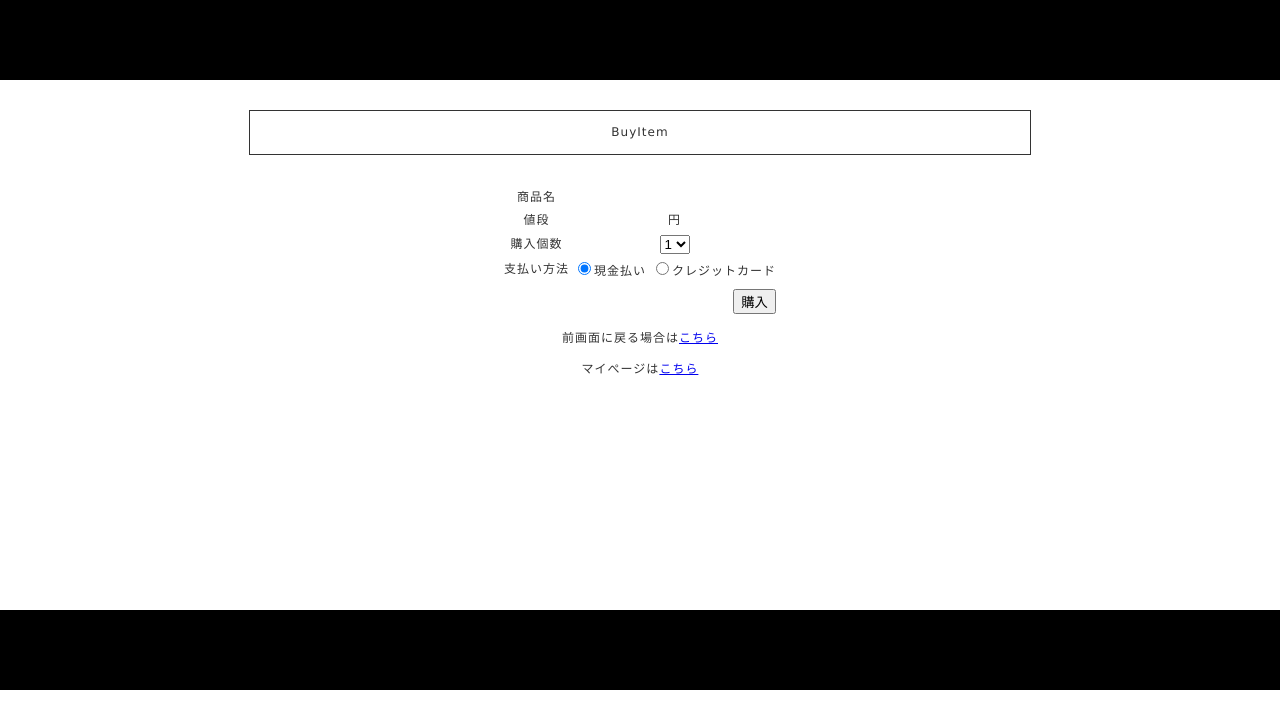
Repository: a4b3c2d1/backup
Page: http://localhost/template/cartin.jsp
The author's editor kept a copy of each file at every save. The page is drawn from the files as they stood at one save, then again after the next save.
The browser window is 1280 px wide. The page is 1280 px wide, then 1282 px, so the pictures cover 1282 px, including what lies to the right of the window. The pictures show the whole page.
The page is served by Tomcat 9. Other server files are loaded and not shown.

Above is the page before, as saved 2017-12-19 05:38:03.

### template/WebContent/cartin.jsp
<%@ page language="java" contentType="text/html; charset=UTF-8"
	pageEncoding="UTF-8"%>
<%@ taglib prefix="s" uri="/struts-tags"%>

<!DOCTYPE html>
<html>
<head>
<meta charset="utf-8">
<meta http-equiv="Content-Type" content="text/html; charset=utf-8" />
<meta http-equiv="Content-Style-Type" content="text/css" />
<meta http-equiv="Content-Script-Type" content="text/javascript" />
<meta http-equiv="imagetoolbar" content="no" />
<meta name="description" content="" />
<meta name="keywords" content="" />
<meta charset="utf-8">
<title>BuyItem画面</title>
<style type="text/css">
/* ========TAG LAYOUT======== */
body {
	margin: 0;
	padding: 0;
	line-height: 1.6;
	letter-spacing: 1px;
	font-family: Verdana, Helvetica, sans-serif;
	font-size: 12px;
	color: #333;
	background: #fff;
}

table {
	text-align: center;
	margin: 0 auto;
}

/* ========ID LAYOUT======== */
#top {
	width: 780px;
	margin: 30px auto;
	border: 1px solid #333;
}

#header {
	width: 100%;
	height: 80px;
	background-color: black;
}

#main {
	width: 100%;
	height: 500px;
	text-align: center;
}

#footer {
	width: 100%;
	height: 80px;
	background-color: black;
	clear: both;
}
</style>
</head>
<body>
	<div id="header">
		<div id="pr"></div>
	</div>
	<div id="main">
		<div id="top">
			<p>BuyItem</p>
		</div>
		<div>
			<s:form action="BuyItemAction">
				<table>
					<tr>
						<td><span>商品名</span></td>
						<td><s:property value="session.buyItem_name" /><br></td>
					</tr>
					<tr>
						<td><span>値段</span></td>
						<td><s:property value="session.buyItem_price" /><span>円</span>
						</td>
					</tr>
					<tr>
						<td><span>購入個数</span></td>
						<td><select name="count">
								<option value="1" selected="selected">1</option>
								<option value="2">2</option>
								<option value="3">3</option>
								<option value="4">4</option>
								<option value="5">5</option>
						</select></td>
					</tr>
					<tr>
						<td><span>支払い方法</span></td>
						<td><input type="radio" name="pay" value="1"
							checked="checked">現金払い <input type="radio" name="pay"
							value="2">クレジットカード</td>
					</tr>
					<tr>
						<td><s:submit value="購入" /></td>
					</tr>
				</table>
			</s:form>
			<div>
				<p>
					前画面に戻る場合は<a href='<s:url action="GoHomeAction" />'>こちら</a>
				</p>
				<p>
					マイぺージは<a href='<s:url action="MyPageAction" />'>こちら</a>
				</p>
			</div>
		</div>
	</div>
	<div id="footer">
		<div id="pr"></div>
	</div>
</body>
</html>

After the next save:
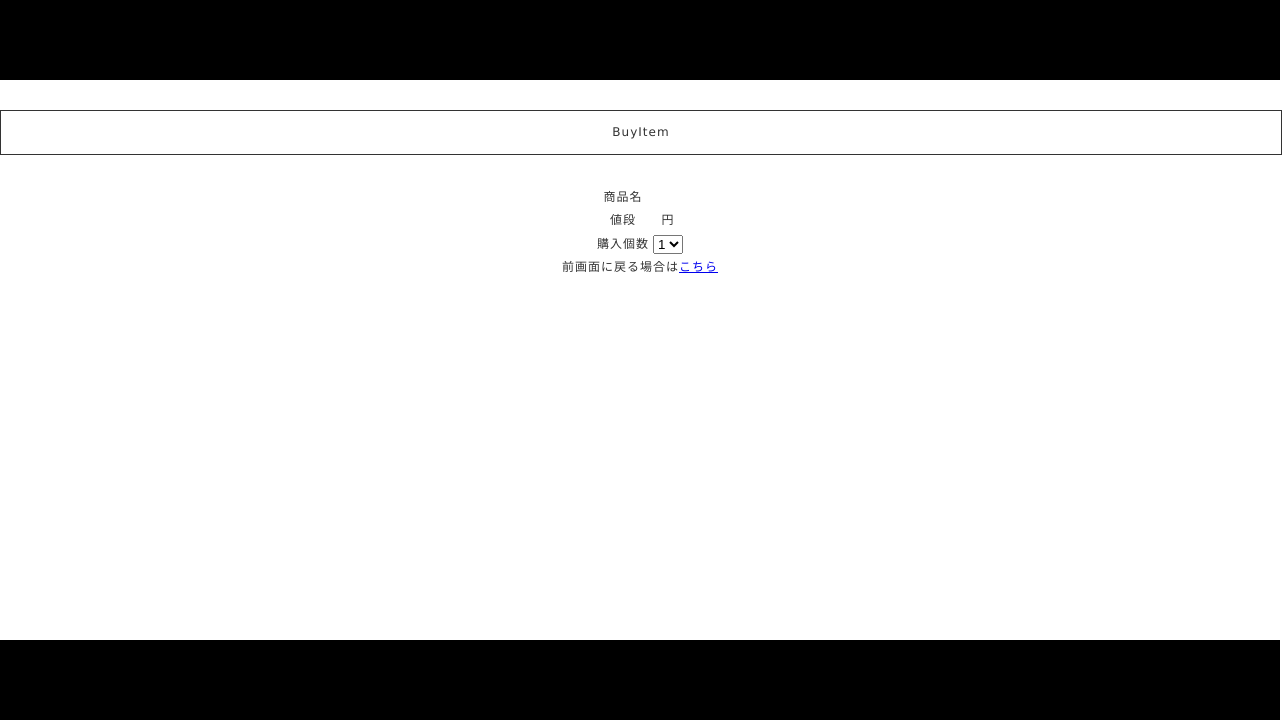
Saved 42 s later.
--- a/template/WebContent/cartin.jsp
+++ b/template/WebContent/cartin.jsp
@@ -1,12 +1,10 @@
 <%@ page language="java" contentType="text/html; charset=UTF-8"
 	pageEncoding="UTF-8"%>
 <%@ taglib prefix="s" uri="/struts-tags"%>
-
-<!DOCTYPE html>
+<!DOCTYPE html >
 <html>
 <head>
-<meta charset="utf-8">
-<meta http-equiv="Content-Type" content="text/html; charset=utf-8" />
+<meta http-equiv="Content-Type" content="text/html; charset=UTF-8">
 <meta http-equiv="Content-Style-Type" content="text/css" />
 <meta http-equiv="Content-Script-Type" content="text/javascript" />
 <meta http-equiv="imagetoolbar" content="no" />
@@ -15,7 +13,7 @@
 <meta charset="utf-8">
 <title>BuyItem画面</title>
 <style type="text/css">
-/* ========TAG LAYOUT======== */
+/* ========TAG LAYOUT============ */
 body {
 	margin: 0;
 	padding: 0;
@@ -24,17 +22,16 @@
 	font-family: Verdana, Helvetica, sans-serif;
 	font-size: 12px;
 	color: #333;
-	background: #fff;
+	background: #fff
 }
 
 table {
 	text-align: center;
 	margin: 0 auto;
 }
-
-/* ========ID LAYOUT======== */
+/*========ID LAYOUT========*/
 #top {
-	width: 780px;
+	width: 100%;
 	margin: 30px auto;
 	border: 1px solid #333;
 }
@@ -56,10 +53,15 @@
 	height: 80px;
 	background-color: black;
 	clear: both;
+	position: fixed;
+	bottom: 0px;
+	left: 0px;
 }
 </style>
 </head>
+
 <body>
+
 	<div id="header">
 		<div id="pr"></div>
 	</div>
@@ -68,6 +70,7 @@
 			<p>BuyItem</p>
 		</div>
 		<div>
+
 			<s:form action="BuyItemAction">
 				<table>
 					<tr>
@@ -87,31 +90,20 @@
 								<option value="3">3</option>
 								<option value="4">4</option>
 								<option value="5">5</option>
-						</select></td>
-					</tr>
-					<tr>
-						<td><span>支払い方法</span></td>
-						<td><input type="radio" name="pay" value="1"
-							checked="checked">現金払い <input type="radio" name="pay"
-							value="2">クレジットカード</td>
-					</tr>
-					<tr>
-						<td><s:submit value="購入" /></td>
-					</tr>
+						</select>
 				</table>
 			</s:form>
 			<div>
-				<p>
-					前画面に戻る場合は<a href='<s:url action="GoHomeAction" />'>こちら</a>
-				</p>
-				<p>
-					マイぺージは<a href='<s:url action="MyPageAction" />'>こちら</a>
-				</p>
+				<span>前画面に戻る場合は</span><a href='<s:url action="HomeAction"/>'>こちら</a>
 			</div>
 		</div>
 	</div>
 	<div id="footer">
 		<div id="pr"></div>
 	</div>
+
+
 </body>
+
+
 </html>
